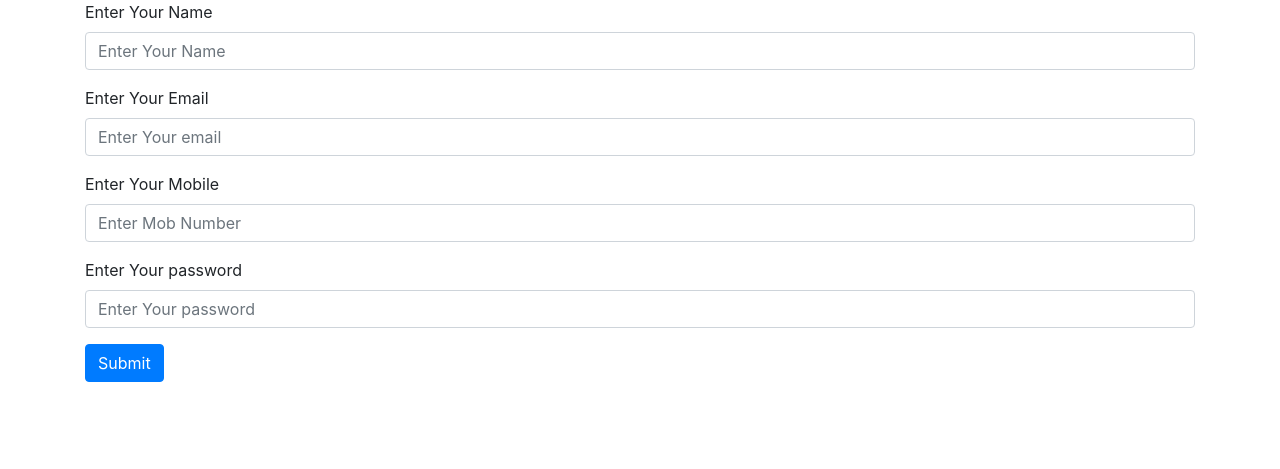
Repository: AMIT1439027/crud-app
Page: http://localhost/user.php
An editor plug-in stored every save of this project. The page is shown before and after a run of saves, followed by the edit.
The browser window is 1280 px wide. The pictures show the whole page.
The page is run by PHP 8.4 with error messages shown; the project is at /var/www/html/.

Above is the page before, as saved 2024-04-25 10:08:52.

After the next 2 saves:
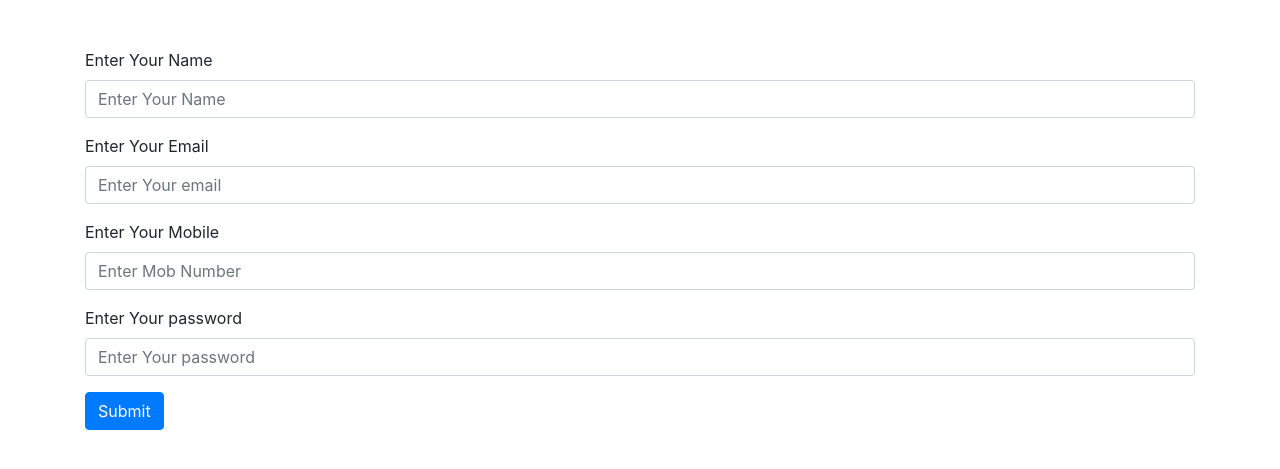
The 2 saves are shown as one change because they came seconds apart.
The last was saved 36 s later.
--- a/user.php
+++ b/user.php
@@ -11,7 +11,7 @@
     <title>Crud Operation</title>
   </head>
   <body>
-  <div class="container">
+  <div class="container my-5">
 
   <form method ="post">
   <div class="form-group">
